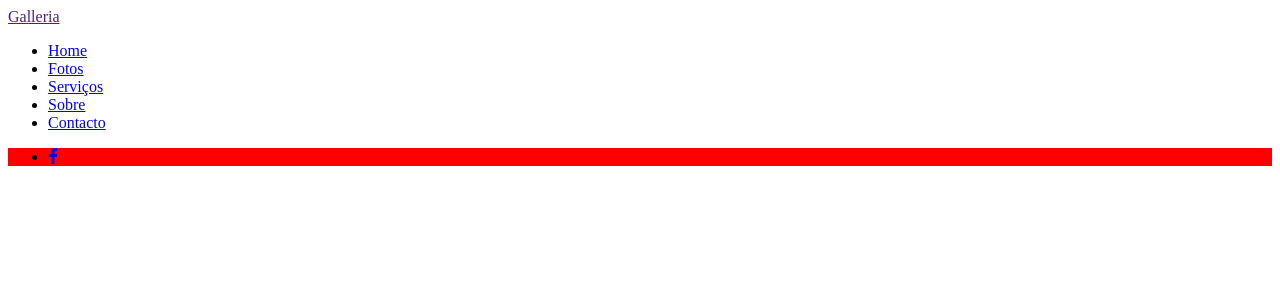
Repository: AghastyGD/gallery-sass
Page: index.html
An editor plug-in stored every save of this project. The page is shown before and after the next save, followed by the edit.
The browser window is 1280 px wide. The pictures show the whole page.
The style sheet was rebuilt from its Sass, Less or Tailwind sources for each picture, by a compiler version that may differ from the author's.

Above is the page before, as saved 2023-10-13 17:46:14.

After the next save:
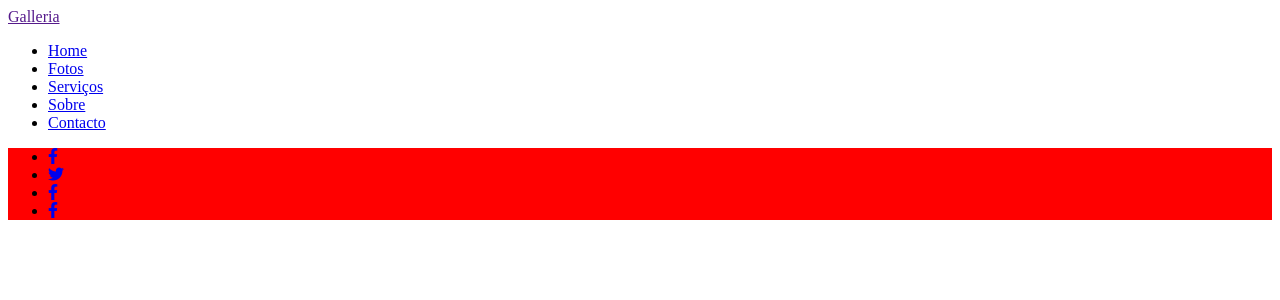
Saved 59 s later.
--- a/index.html
+++ b/index.html
@@ -41,6 +41,21 @@
                         <i class="fab fa-facebook-f"></i>
                     </a>
                 </li>
+                <li>
+                    <a href="#">
+                        <i class="fab fa-twitter"></i>
+                    </a>
+                </li>
+                <li>
+                    <a href="#">
+                        <i class="fab fa-facebook-f"></i>
+                    </a>
+                </li>
+                <li>
+                    <a href="#">
+                        <i class="fab fa-facebook-f"></i>
+                    </a>
+                </li>
             </ul>
         </div>
     </header>
